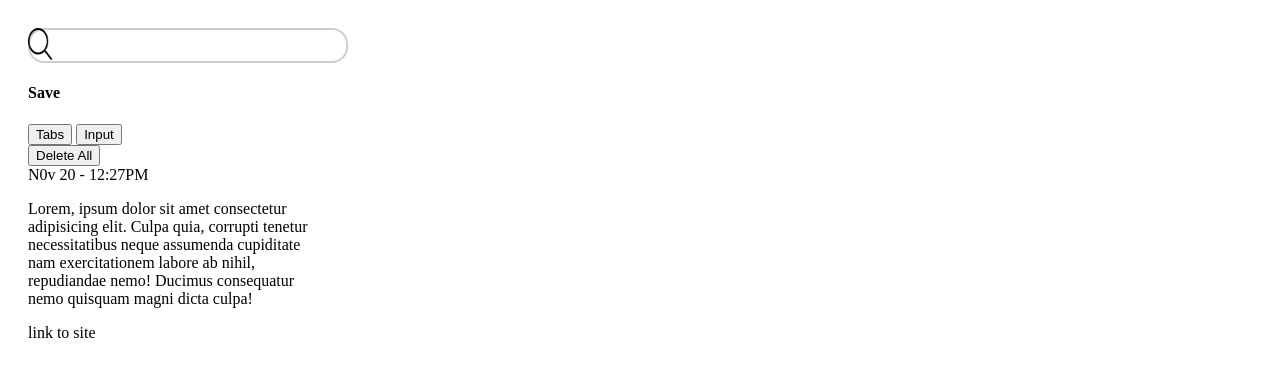
Repository: IdowuMicheal-1/Text-Tab-Organizer
Page: popup.html
These files come from the project's save history. The page is drawn as it stood at one moment and after a run of saves; the edit follows.
The browser window is 1280 px wide. The pictures show the whole page.

Above is the page before, as saved 2025-05-14 10:01:52.

After the next 2 saves:
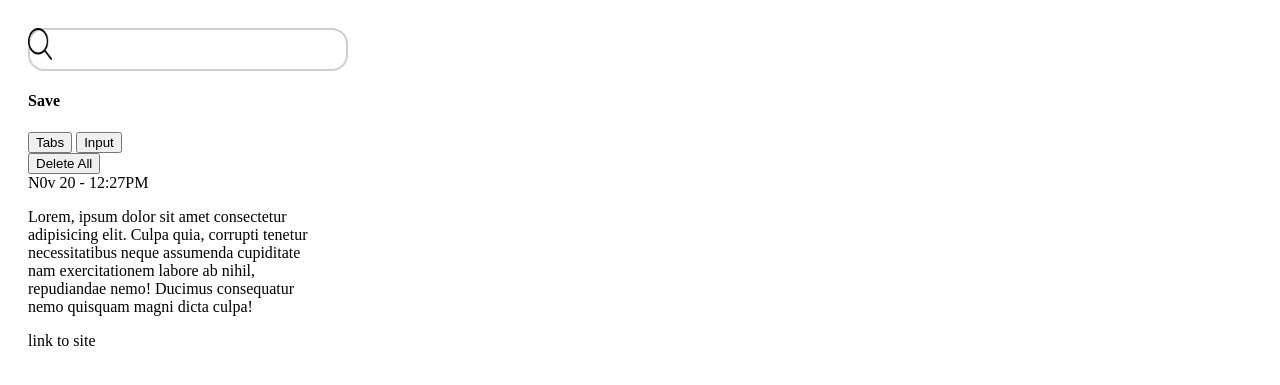
The 2 saves are shown as one change because they came seconds apart.
The last was saved 14 s later.
--- a/popup.css
+++ b/popup.css
@@ -21,6 +21,6 @@ body {
 .text-ipt {
   width: 100%;
   border-radius: 16px;
-  padding: 8px 8px;
+  padding: 12px 8px;
   border: 2px solid #cecece;
 }
